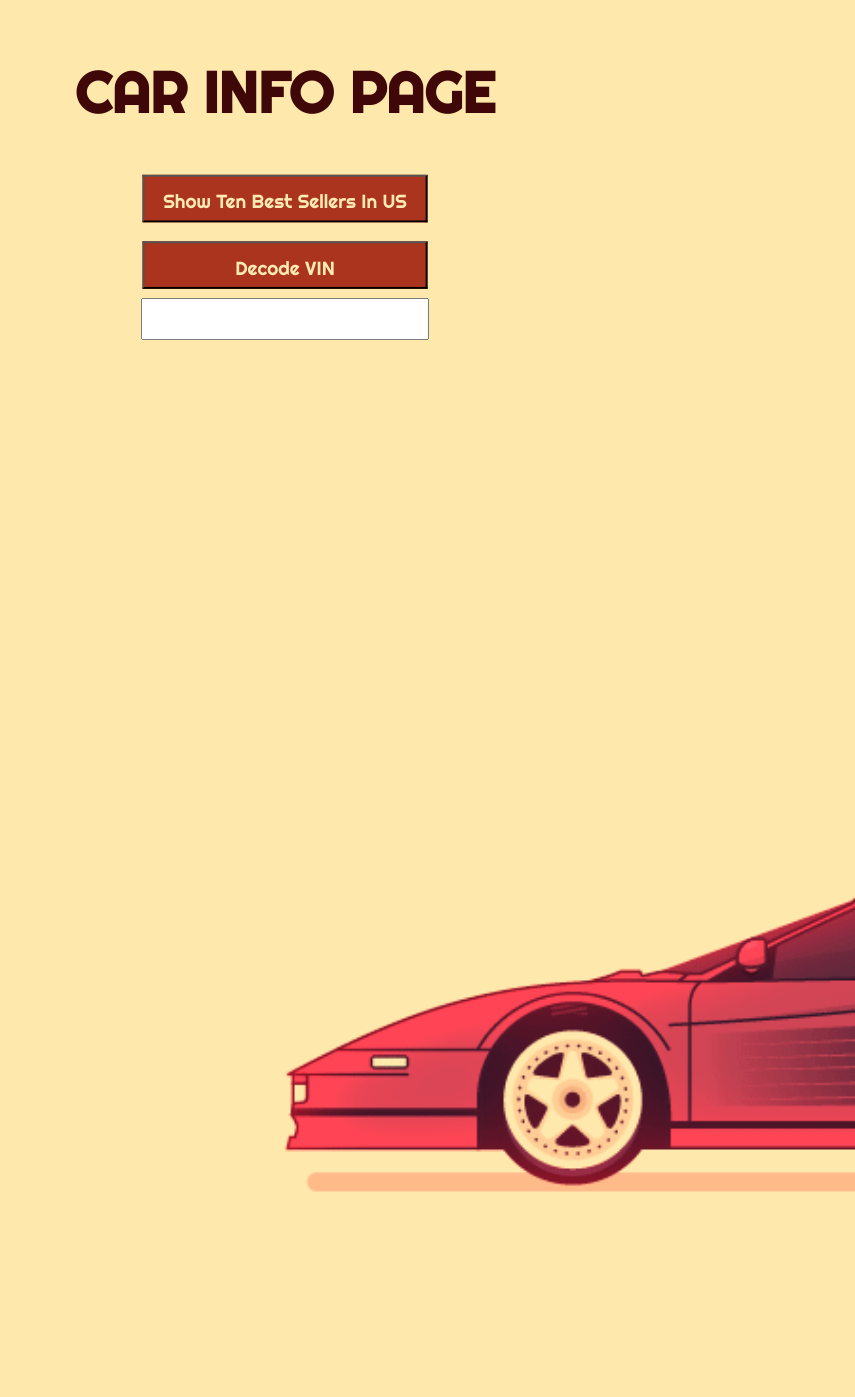
Repository: shadowmare358/vueVinCheck
Page: /
An editor plug-in stored every save of this project. The page is shown before and after the next save, followed by the edit.
The browser window is 600 px wide. The page is 900 px wide, then 600 px, so the pictures cover 900 px, including what lies to the right of the window. The pictures show the whole page, at 95% of full size.
The project was rebuilt for these pictures with package versions that can differ from the ones it lists, and the page was loaded fresh each time.

Above is the page before, as saved 2019-11-05 11:58:42.

### public/index.html
<!DOCTYPE html>
<html lang="en">
  <head>
    <meta charset="utf-8">
    <meta http-equiv="X-UA-Compatible" content="IE=edge">
    <meta name="viewport" content="width=device-width,initial-scale=1.0">
    <link rel="icon" href="<%= BASE_URL %>favicon.ico">
    <title>vue-carconfig</title>
  </head>
  <body>
    <noscript>
      <strong>We're sorry but vue-carconfig doesn't work properly without JavaScript enabled. Please enable it to continue.</strong>
    </noscript>
    <div id="app"></div>
    <!-- built files will be auto injected -->
  </body>
</html>

### src/App.vue
<template>
  <div id="app">
    <search></search>
     <div id="car"></div>
  </div>

</template>

<script>
import Search from './components/Search.vue'

export default {
  name: 'app',
  components: {
    Search
  }
}

</script>

<style>
#app {
  font-family: 'Avenir', Helvetica, Arial, sans-serif;
  -webkit-font-smoothing: antialiased;
  -moz-osx-font-smoothing: grayscale;
  text-align: center;
  color:rgb(63, 7, 7);
  margin-top: 60px;
  background-size: cover;

}
body{
margin: 0;
padding: 0;
overflow: hidden;
background-color: #FFE8AC;
}
#car{
  position: absolute;
  top: 90%;
  left: 50%;
  transform:translate(-50%,-50%);
  width: 800px;
  height: 600px;
  background-image: url('./img/car.gif');
  z-index: -1;
}
@media (max-width: 700px){
  #car{
    width: 400px;
    height: 500px;
    transform: scale(2)
  }
}
</style>

### src/components/Search.vue
<template>
  <div class="search">
    <h1>CAR INFO PAGE</h1>
    <nav>
    <button class="btn-one" v-on:click="getPopularCarResults()">Show Ten Best Sellers In US</button>
    <button class="btn-one" v-on:click="getVIN()">Decode VIN</button>
    <input v-model="vin" v-on:keyup.enter="getVIN()">
    </nav>
    <div v-if="!carResults"></div>
    <ul v-if="showCarResults">
        <li v-for="result in carResults" v-bind:key="result.id">{{result.make}} {{result.model}} Number of cars sold: {{result.count}}</li>
    </ul>
<div v-if="showVinResults">
    <p>Year {{vinResults.year ? vinResults.year : "no info"}}</p>
    <p>Brand {{vinResults.make ? vinResults.make : "no info"}}</p>
    <p>Model {{vinResults.model ? vinResults.model : "no info"}}</p>
    <p>Engine {{vinResults.engine ? vinResults.engine : "no info"}}</p>
    <p>Drive train {{vinResults.drivetrain ? vinResults.drivetrain : "no info"}}</p>
    <p>Transmission {{vinResults.transmission ? vinResults.transmission : "no info" }}</p>
    <p>Cylinders {{vinResults.cylinders}}</p>
</div>

  </div>
</template>

<script>
export default {
  name: "search",
  data() {
    return {
      msg: "Search",
      query: "",
      carResults: "",
      imagesResults: [],
      vinResults: [],
      modelInfo: "",
      vin: "",
      showCarResults: false,
      showVinResults: false
    };
  },
  methods: {
    async getPopularCarResults() {
        const marketApiKey = "NuJ2q06UO5TRrFU2QfhteMzvIPRz5sNu"
      await fetch(
        `https://marketcheck-prod.apigee.net/v1/popular/cars?api_key=${marketApiKey}&car_type=new`
      )
        .then(response => response.json())
        .then(myJson => this.carResults = myJson.slice(0,10))
        .catch(err => alert(`Cannot get requested data ${err}`));
        this.showVinResults=false;
        this.showCarResults=true;
    },
    async getImageResults(){
         const cxKey = '001912728085642910227:akqkacx3uim';
         const googleApiKey = 'AIzaSyCAJ2rKXL-X_daAy2dveCO--E5ciLgIK6k';
        const carResult = this.carResults[0];

       await fetch(
        `https://www.googleapis.com/customsearch/v1?q=${carResult}&key=${googleApiKey}&cx=${cxKey}&searchType=image&fileType=jpg&imgSize=small&alt=json`
      )
        .then(response => response.json())
        .then(myJson => this.imagesResults = myJson.items)
        .catch(err => alert(`Cannot get requested data ${err}`));
  },
  async getVIN(){
    if(this.vin != ""){
     await fetch(
        `http://marketcheck-prod.apigee.net/v1/vin/${this.vin}/specs?api_key=NuJ2q06UO5TRrFU2QfhteMzvIPRz5sNu`,{
          method: 'GET',
          host: "marketcheck-prod.apigee.net",
          headers:{
            "Content-type": "application/json",
            "Return-type": "Build"
          }
        }
      )
        .then(response => response.json())
        .then(myJson => JSON.stringify(this.vinResults = myJson))
        .catch(err => alert(`Cannot get requested data ${err}`));
        this.showCarResults=false;
        this.showVinResults=true;
    }else{
      this.vin="Type something!"
    }

  }
}
};
</script>
<style  scoped>
@import url('https://fonts.googleapis.com/css?family=Righteous&display=swap');
*{
    font-family: 'Righteous', sans-serif;
}
.btn-one {

  font-size: 20px;
  font-weight: bold;
  line-height: 50px;
    height: 50px;
    text-align: center;
    width: 300px;
    font-weight: 100;
    outline: darkred;
    cursor: pointer;
    color: #FFE8AC;;
    transition: all 0.3s;
    position: relative;
    margin: 10px;
    background-color: rgb(161, 29, 6);
}
.btn-one span {
    transition: all 0.3s;
}
.btn-one::before {
    content: '';
    position: absolute;
    bottom: 0;
    left: 0;
    width: 100%;
    height: 100%;
    z-index: 1;
    opacity: 0;
    transition: all 0.3s;
    border-top-width: 1px;
    border-bottom-width: 1px;
    border-top-style: solid;
    border-bottom-style: solid;
    border-top-color: rgba(255,255,255,0.5);
    border-bottom-color: rgba(255,255,255,0.5);
    transform: scale(0.1, 1);
}
.btn-one:hover span {
    letter-spacing: 2px;
}
.btn-one:hover::before {
    opacity: 1;
    transform: scale(1, 1);
}
.btn-one::after {
    content: '';
    position: absolute;
    bottom: 0;
    left: 0;
    width: 100%;
    height: 100%;
    z-index: 1;
    transition: all 0.3s;
    background-color: rgba(255,255,255,0.1);
}
.btn-one:hover::after {
    opacity: 0;
    transform: scale(0.1, 1);
}
p{
  margin: 10px;
  font-weight: bold;
  font-size: 24px;
}
li{
  margin: 10px;
  font-weight: bold;
  font-size: 24px;
  list-style:none;
}
li:nth-child(1){
  font-size: 30px;
  color:rgb(63, 7, 7);
  text-decoration: underline;
}
li:nth-child(2){
  font-size: 28px;
}
li:nth-child(3){
  font-size: 28px;
}
h1{
  font-size: 60px;
}
input{
  margin: 0;
  padding: 0;
  width: 300px;
  height: 40px;
  line-height: 1rem;
  font-size: 25px;
  text-align: center;
  font-weight: bold;
  outline:rgb(63, 7, 7);
}
</style>

Loaded but not shown: src/main.js (common file)

After the next save:
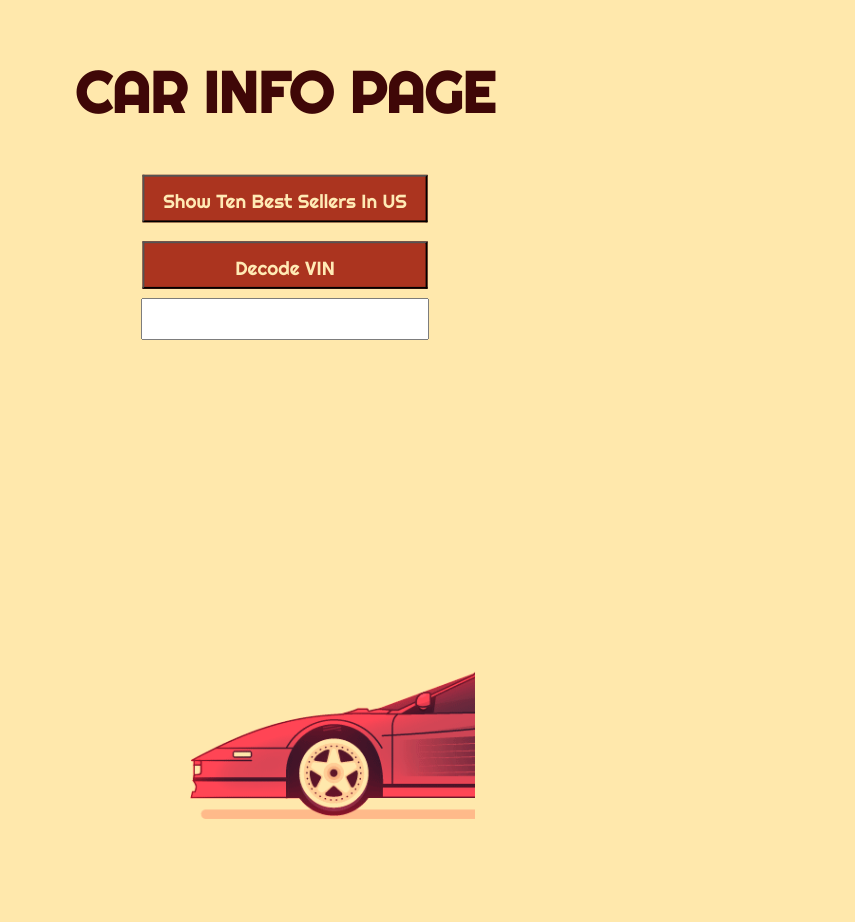
Saved 10 s later.
--- a/src/App.vue
+++ b/src/App.vue
@@ -49,7 +49,6 @@
   #car{
     width: 400px;
     height: 500px;
-    transform: scale(2)
   }
 }
 </style>
